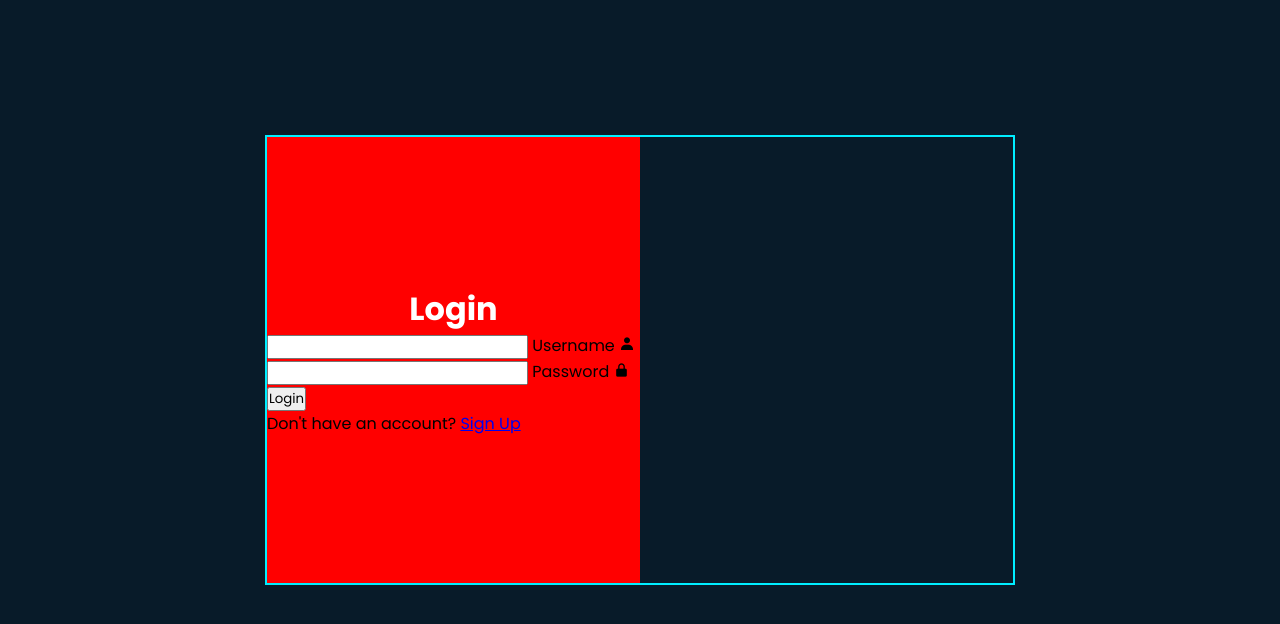
Repository: swastikjhacoder/Login-Registration-HTML
Page: index.html
An editor plug-in stored every save of this project. The page is shown before and after a run of saves, followed by the edit.
The browser window is 1280 px wide. The pictures show the whole page.

Above is the page before, as saved 2023-09-18 14:28:47.
Not found: js/toastify.js

After the next 5 saves:
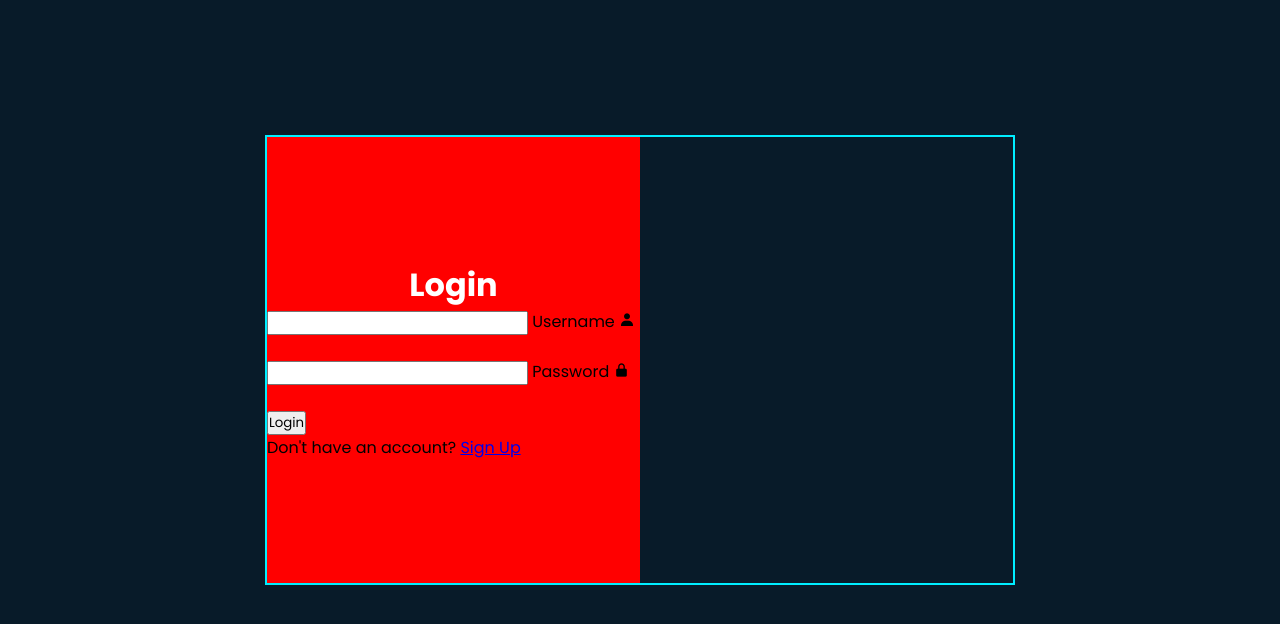
The 5 saves are shown as one change because they came seconds apart.
The last was saved 12 s later.
--- a/style.css
+++ b/style.css
@@ -42,5 +42,7 @@ body {
 
 .form-box .input-box {
     position: relative;
+    width: 100%;
+    height: 50px;
 
 }
